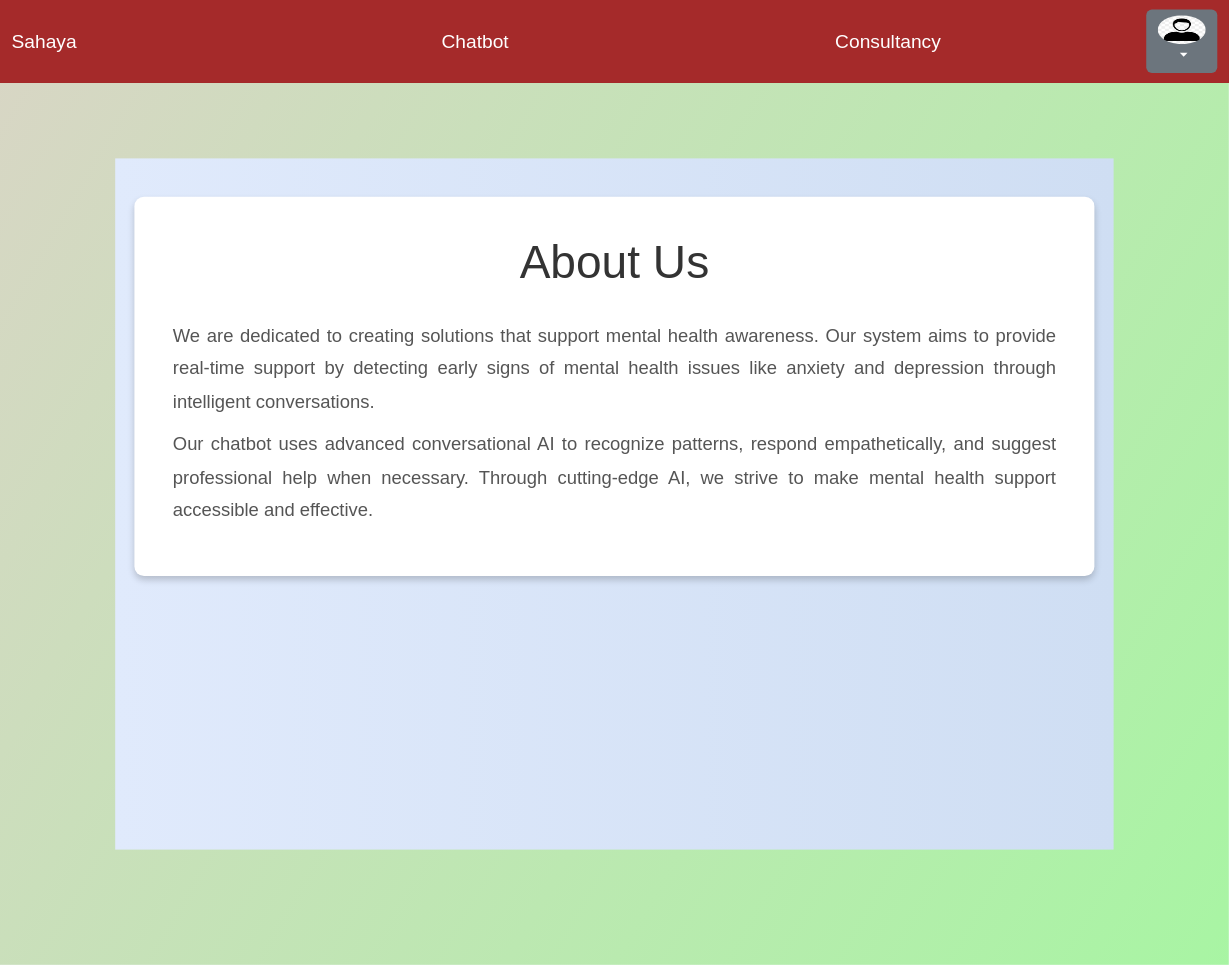
Repository: arunyerram/SahayA
Page: /about (app in my-app2/)
The author's editor kept a copy of each file at every save. The page is drawn from the files as they stood at one save, then again after the next save.
The browser window is 1280 px wide. The pictures show the whole page, at 96% of full size.
The page's requests for data from a server got no answer. Some web libraries are served in a nearby version. The project was rebuilt for these pictures with package versions that can differ from the ones it lists, and the page was loaded fresh each time. Some packages were replaced by stand-ins written for this rebuild. No one was signed in, and anything a server would have sent is missing. Also part of the build but not shown: my-app2/src/components/Chatbot.js, my-app2/src/components/Consultancy.css, my-app2/src/components/Footer.js, my-app2/src/components/Consultancy.js, my-app2/src/components/ContactUs.js, my-app2/src/components/Feedback.css, my-app2/src/components/Feedback.js, my-app2/src/components/Character.js and 9 more.

Above is the page before, as saved 2024-12-24 11:56:52.

After the next save:
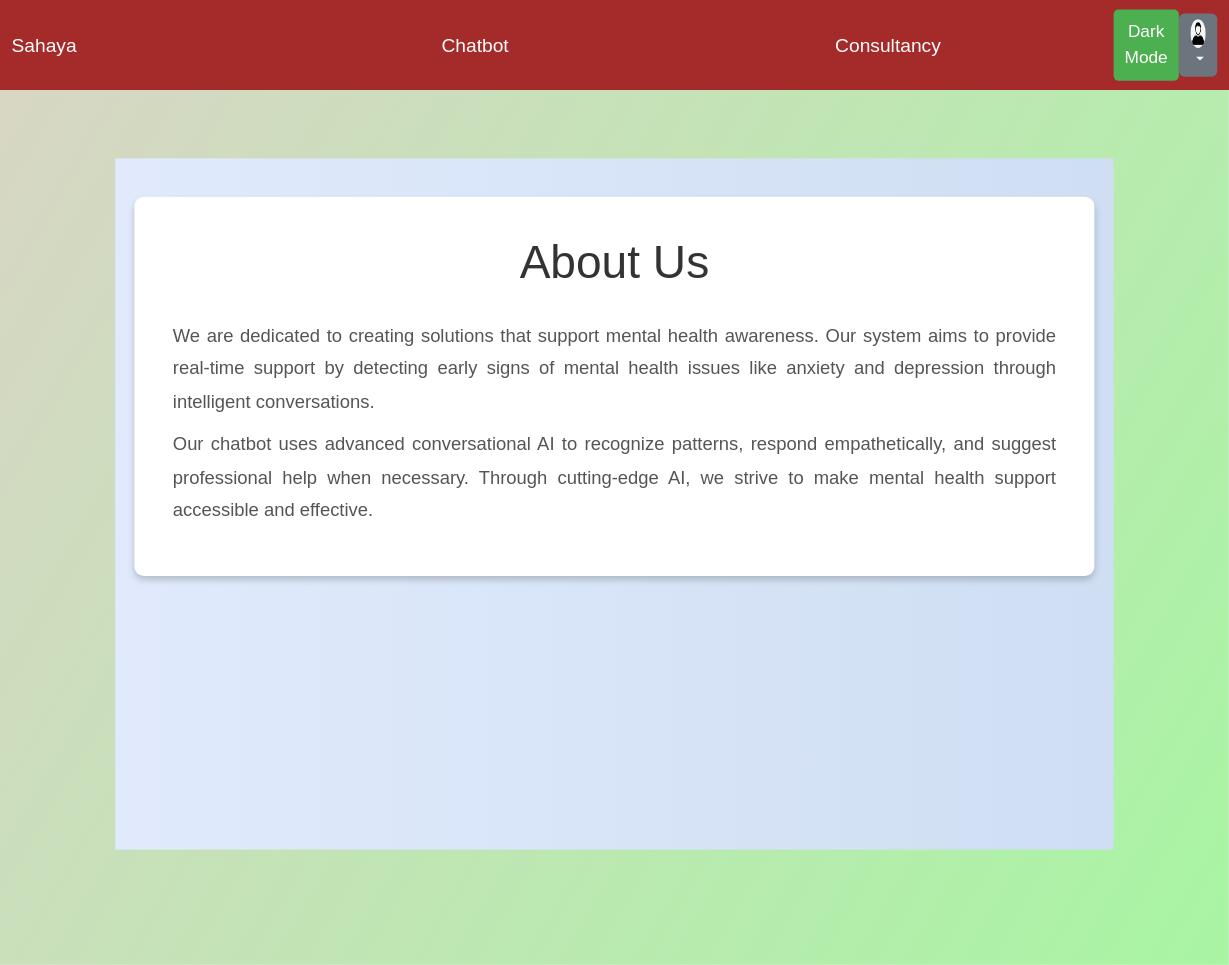
Saved 25 s later.
--- a/my-app2/src/components/Nav.js
+++ b/my-app2/src/components/Nav.js
@@ -343,6 +343,12 @@ const Nav = ({ chatbotName }) => {  // Added chatbotName as a prop
     };
   }, []);
 
+  const [darkMode, setDarkMode] = useState(false);
+
+  const toggleDarkMode = () => {
+    setDarkMode(!darkMode);
+  };
+
   return (
     <nav
       className="navbar navbar-expand-lg fixed-top"
@@ -361,6 +367,11 @@ const Nav = ({ chatbotName }) => {  // Added chatbotName as a prop
             Consultancy
           </Link>
         </div>
+
+        <button onClick={toggleDarkMode} className="toggle-btn">
+          {darkMode ? 'Light Mode' : 'Dark Mode'}
+        </button>
+
 
         <div className="dropdown ms-auto" ref={dropdownRef}>
           <button
